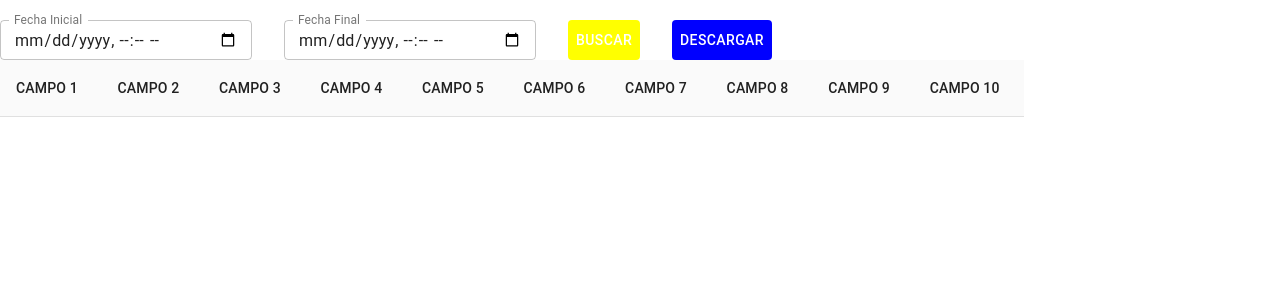
Repository: rafaelpc13/FRONT_RFNEW
Page: /
The author's editor kept a copy of each file at every save. The page is drawn from the files as they stood at one save, then again after the next save.
The browser window is 1280 px wide. The pictures show the whole page.
The project was rebuilt for these pictures with package versions that can differ from the ones it lists, and the page was loaded fresh each time.

Above is the page before, as saved 2022-10-29 12:17:42.

### public/index.html
<!DOCTYPE html>
<html lang="en">
  <head>
    <meta charset="utf-8" />
    <link rel="icon" href="%PUBLIC_URL%/favicon.ico" />
    <meta name="viewport" content="width=device-width, initial-scale=1" />
    <meta name="theme-color" content="#000000" />
    <meta
      name="description"
      content="Web site created using create-react-app"
    />
    <link rel="apple-touch-icon" href="%PUBLIC_URL%/logo192.png" />
    <!--
      manifest.json provides metadata used when your web app is installed on a
      user's mobile device or desktop. See https://developers.google.com/web/fundamentals/web-app-manifest/
    -->
    <link rel="manifest" href="%PUBLIC_URL%/manifest.json" />
    <!--
      Notice the use of %PUBLIC_URL% in the tags above.
      It will be replaced with the URL of the `public` folder during the build.
      Only files inside the `public` folder can be referenced from the HTML.

      Unlike "/favicon.ico" or "favicon.ico", "%PUBLIC_URL%/favicon.ico" will
      work correctly both with client-side routing and a non-root public URL.
      Learn how to configure a non-root public URL by running `npm run build`.
    -->
    <title>RIFAS</title>
  </head>
  <body>
    <noscript>You need to enable JavaScript to run this app.</noscript>
    <div id="root"  ></div>
    <!--
      This HTML file is a template.
      If you open it directly in the browser, you will see an empty page.

      You can add webfonts, meta tags, or analytics to this file.
      The build step will place the bundled scripts into the <body> tag.

      To begin the development, run `npm start` or `yarn start`.
      To create a production bundle, use `npm run build` or `yarn build`.
    -->
  </body>
</html>

### src/index.js
import React from 'react';
import ReactDOM from 'react-dom/client';
import './index.css';
import App from './App';
import reportWebVitals from './reportWebVitals';

const root = ReactDOM.createRoot(document.getElementById('root'));
root.render(

    <App  />

);

// If you want to start measuring performance in your app, pass a function
// to log results (for example: reportWebVitals(console.log))
// or send to an analytics endpoint. Learn more: https://bit.ly/CRA-vitals
reportWebVitals();

### src/App.js
import logo from './logo.svg';
import './App.css';
import { TableContainer, Table, TableBody, TableRow, TableCell, TableHead } from '@material-ui/core'
import { Input, TextField, Button} from '@material-ui/core'
function App() {
  return (
    <div className="App" style={{ }}>
      <div style={{ display: 'flex', marginTop: '20px',gap:'2rem' }}>
        <TextField
          type="datetime-local"
          label="Fecha Inicial"
          variant="outlined"
          size="small"
          InputLabelProps={{
            shrink: true
          }}
        />

        <TextField
          type="datetime-local"
          label="Fecha Final"
          variant="outlined"
          size="small"
          InputLabelProps={{
            shrink: true
          }}
        />
         <Button  style={{ background:"yellow",color:'white' }}>
          Buscar</Button>

        <Button  style={{ background:"blue",color:'white' }}>
          Descargar</Button>

        {/* <h3>Restaurante</h3> */}

      </div>
      <TableContainer style={{ width:'80%',alignItems:"center"}}>
        <Table className="min-w-xl" stickyHeader aria-label="sticky table" aria-labelledby="tableTitle">
          <TableHead>
            <TableRow className="h-48 sm:h-64">
              <TableCell>CAMPO 1</TableCell>
              <TableCell>CAMPO 2</TableCell>
              <TableCell>CAMPO 3</TableCell>
              <TableCell>CAMPO 4</TableCell>
              <TableCell>CAMPO 5</TableCell>
              <TableCell>CAMPO 6</TableCell>
              <TableCell>CAMPO 7</TableCell>
              <TableCell>CAMPO 8</TableCell>
              <TableCell>CAMPO 9</TableCell>
              <TableCell>CAMPO 10</TableCell>
            </TableRow>
          </TableHead>
        </Table>
      </TableContainer>
    </div>
  );
}

export default App;

Loaded but not shown: src/index.css (common file); src/reportWebVitals.js (common file); src/App.css (common file)

After the next save:
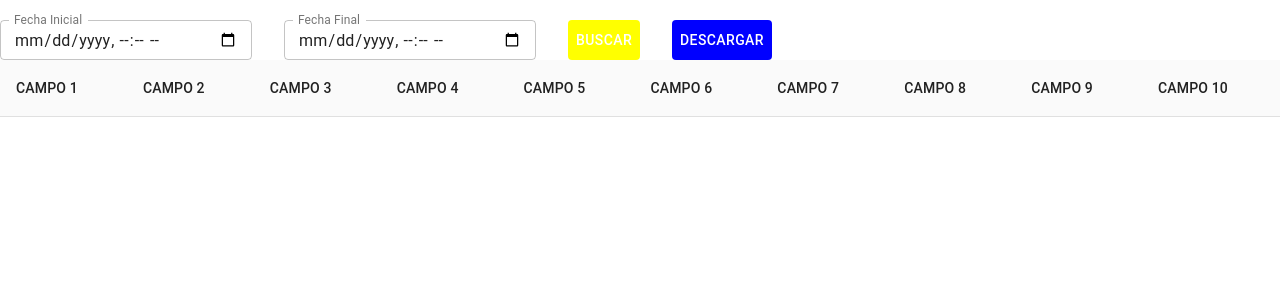
Saved 54 s later.
--- a/src/App.js
+++ b/src/App.js
@@ -34,7 +34,7 @@ function App() {
         {/* <h3>Restaurante</h3> */}
 
       </div>
-      <TableContainer style={{ width:'80%',alignItems:"center"}}>
+      <TableContainer style={{ }}>
         <Table className="min-w-xl" stickyHeader aria-label="sticky table" aria-labelledby="tableTitle">
           <TableHead>
             <TableRow className="h-48 sm:h-64">
